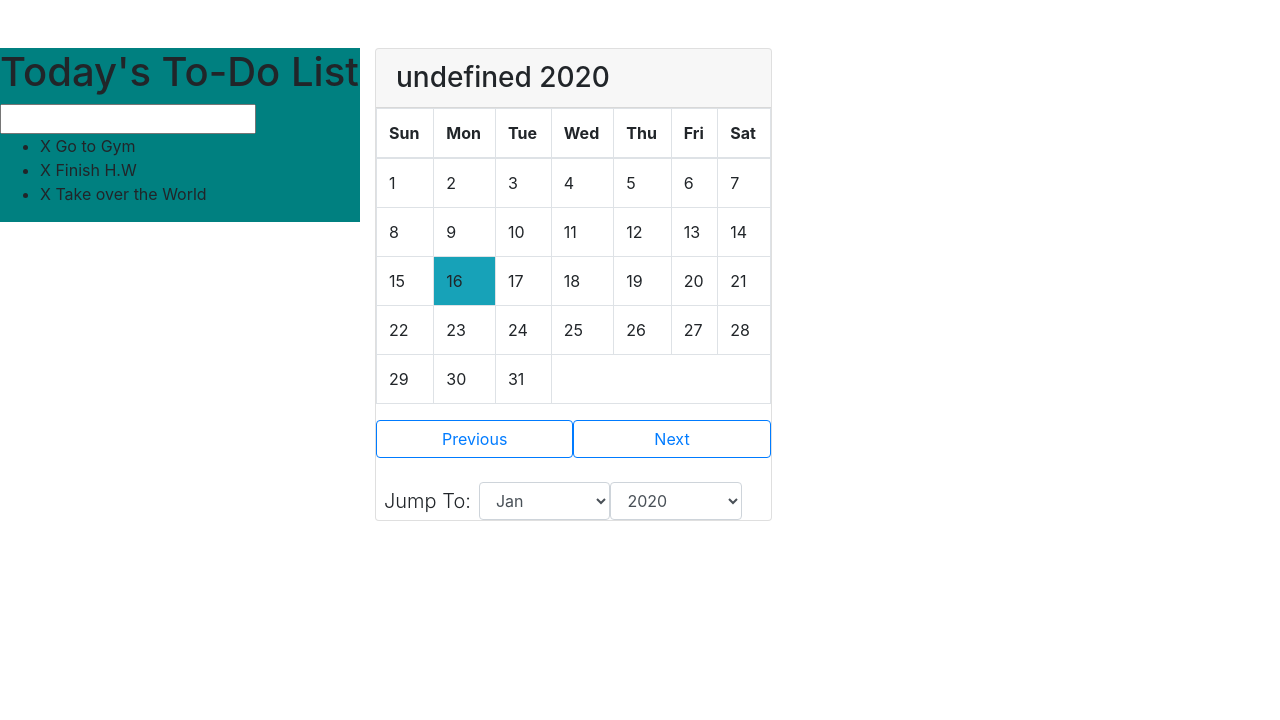
Repository: kkyler24/DayPlanner
Page: Index.html
The author's editor kept a copy of each file at every save. The page is drawn from the files as they stood at one save, then again after the next save.
The browser window is 1280 px wide. The pictures show the whole page.
Some web libraries are served in a nearby version.

Above is the page before, as saved 2020-03-25 16:42:07.

After the next save:
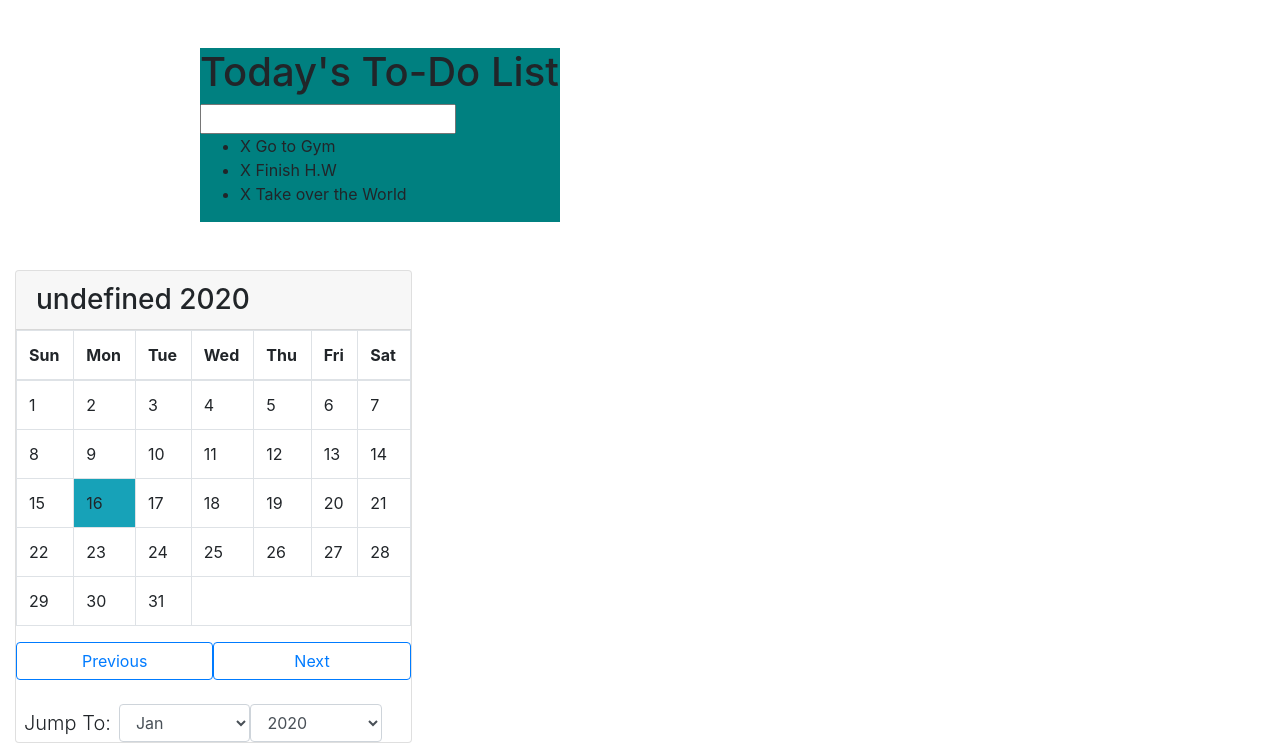
Saved 19 s later.
--- a/Assets/todocss/todostyles.css
+++ b/Assets/todocss/todostyles.css
@@ -2,6 +2,7 @@
   background: teal;
   width: 360px;
   margin-top:3rem;
+  margin-left:200px ;
   float: left;
 
 }
